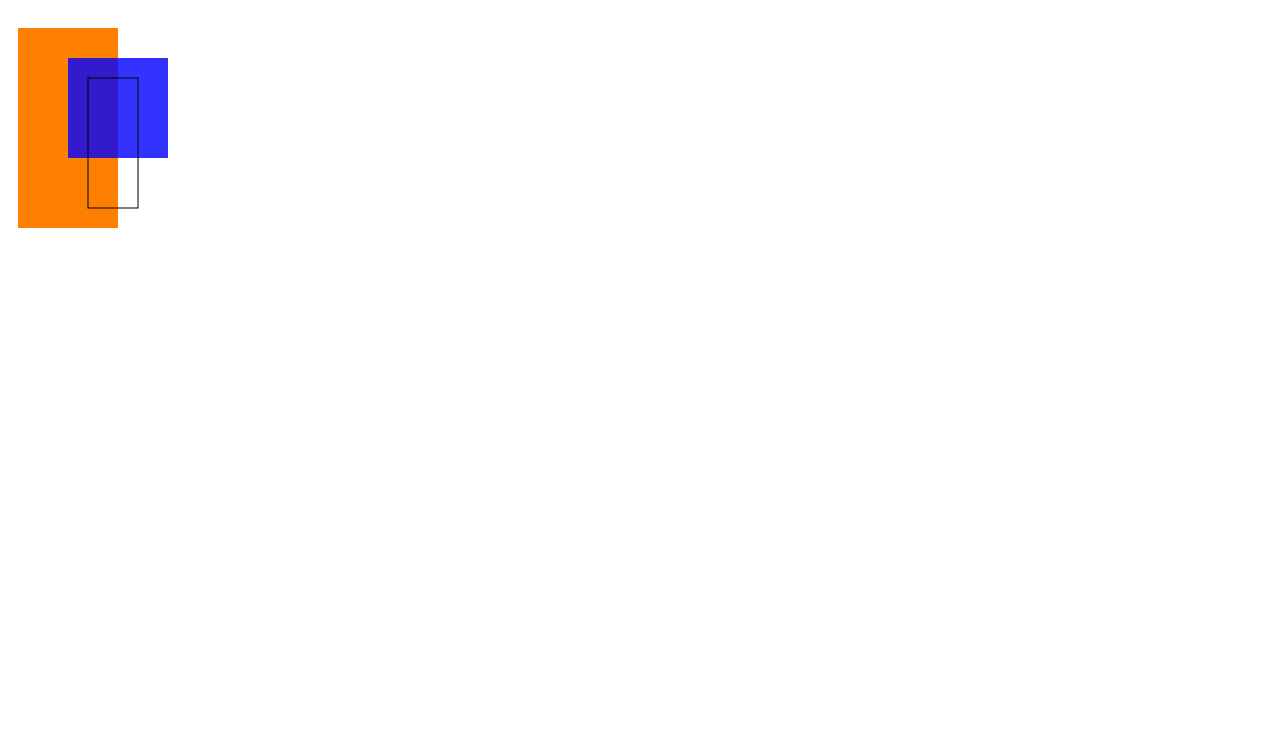
Repository: msminsu/msminsu.github.io
Page: canvas.html
An editor plug-in stored every save of this project. The page is shown before and after the next save, followed by the edit.
The browser window is 1280 px wide. The page is 1288 px wide, so the pictures cover 1288 px, including what lies to the right of the window. The pictures show the whole page.

Above is the page before, as saved 2018-07-23 15:50:06.

After the next save:
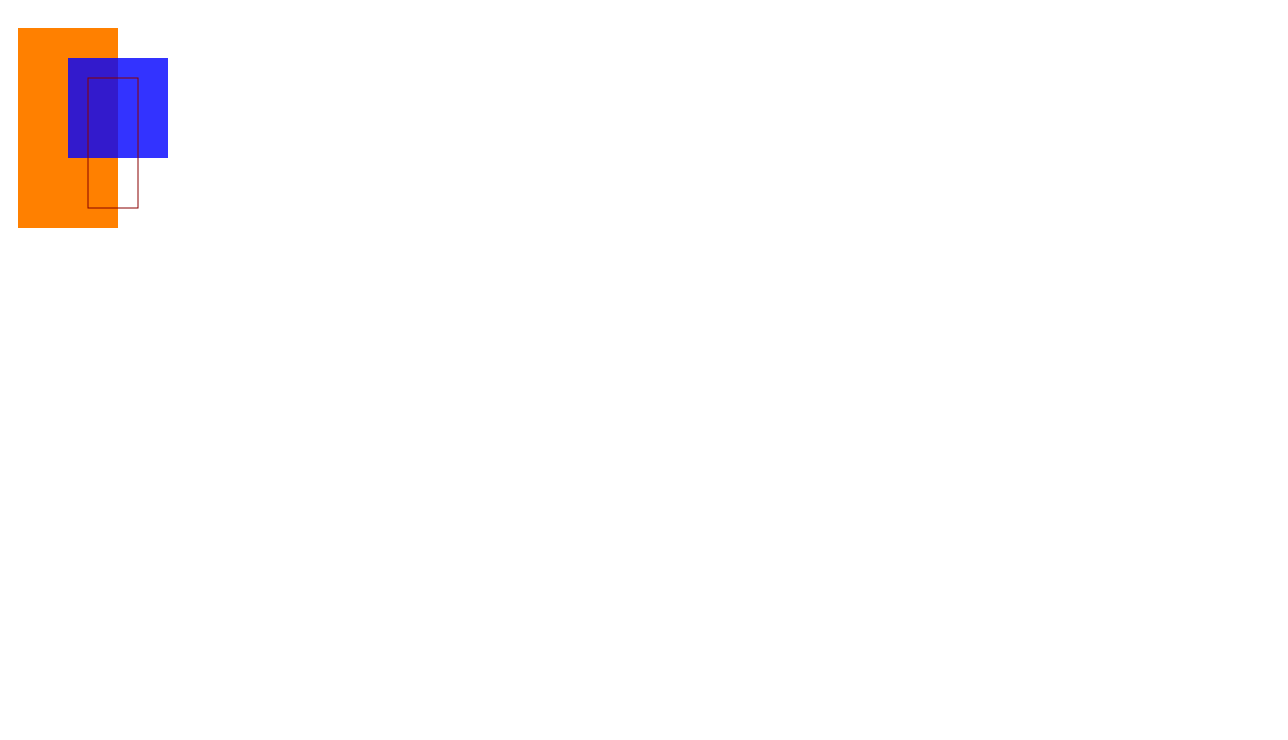
Saved 33 s later.
--- a/canvas.html
+++ b/canvas.html
@@ -31,6 +31,7 @@
     context.fillStyle = "rgb(0,0,255,0.8)";
     context.fillRect(60,50,100,100);
 
+context.strokeStyle="#800"
     context.strokeRect(80,70, 50, 130);
 
 </script>
